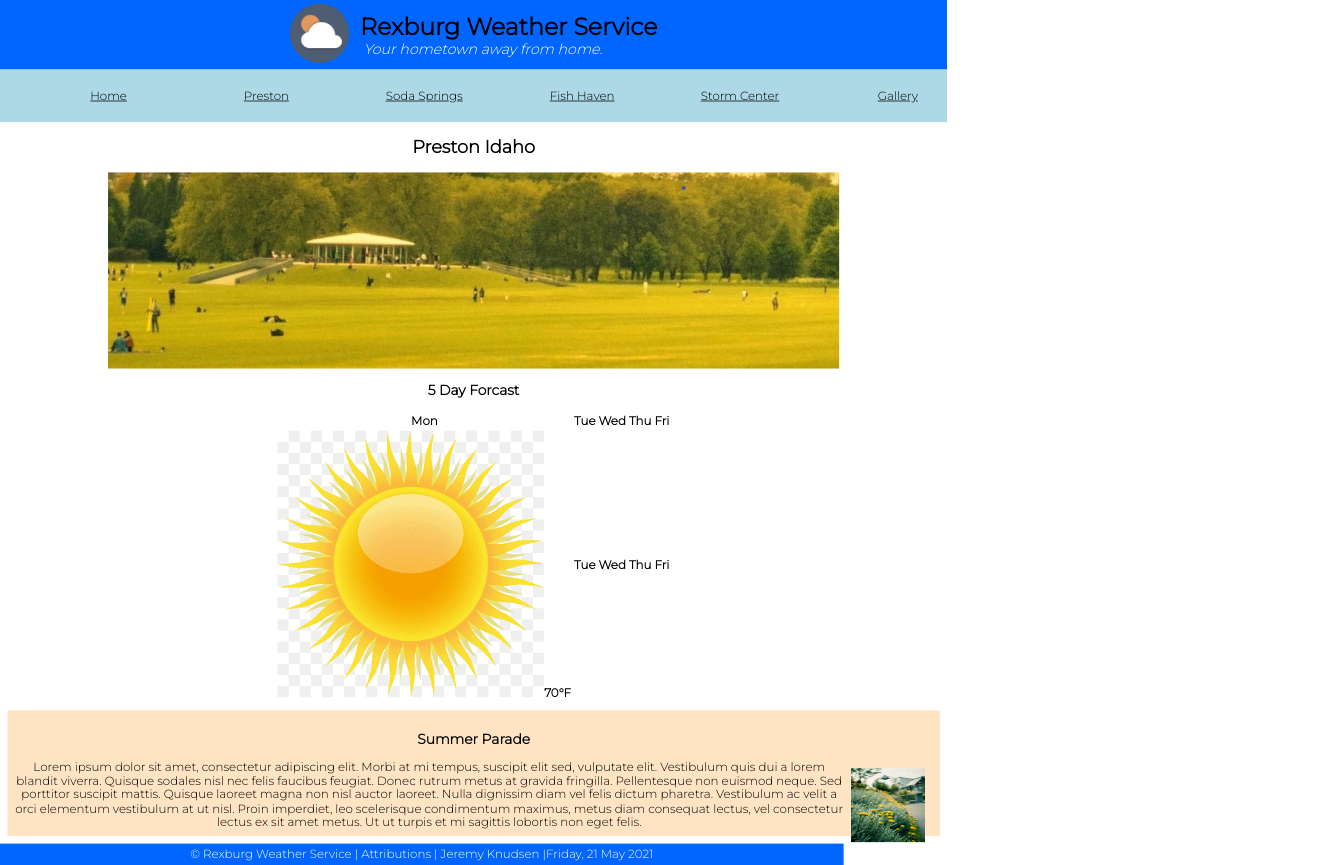
Repository: jknudsen97/jknudsen97.github.io
Page: lesson05/preston-5.html
An editor plug-in stored every save of this project. The page is shown before and after the next save, followed by the edit.
The browser window is 1280 px wide. The page is 1280 px wide, then 1798 px, so the pictures cover 1798 px, including what lies to the right of the window. The pictures show the whole page, at 74% of full size.

Above is the page before, as saved 2021-05-22 02:45:51.

### lesson05/preston-5.html
<!DOCTYPE html>
<html lang="en">
<head>
    <meta charset="UTF-8">
    <meta http-equiv="X-UA-Compatible" content="IE=edge">
    <meta name="viewport" content="width=device-width, initial-scale=1.0">
    <title>Rexburg Weather Service</title>
    <meta name="description" content="This will be the main preston town page"/>
    <link rel="preconnect" href="https://fonts.gstatic.com">
    <link href="https://fonts.googleapis.com/css2?family=Montserrat:wght@100;300&display=swap" rel="stylesheet">
    <link rel="preconnect" href="https://fonts.gstatic.com">
    <link href="https://fonts.googleapis.com/css2?family=Nunito:wght@300&display=swap" rel="stylesheet">
    <script defer src="js/script.js"></script>
    <link rel="stylesheet" href="https://cdnjs.cloudflare.com/ajax/libs/normalize/8.0.1/normalize.min.css">
    <link rel="stylesheet" href="css/main.css"/>
    <link rel="stylesheet" href="css/medium.css"/>
    <link rel="stylesheet" href="css/large.css"/>
</head>
<body>
    <header>
        <picture>
            <img src="images/logo.png" alt="Preston logo">
        </picture>
        <section class="headings">
            <h1>Rexburg Weather Service</h1>
            <div class="motto">Your hometown away from home.</div>
        </section>
    </header>

    <div class="nav">
        <div class="hamburger">
            <span class="bar"></span>
            <span class="bar"></span>
            <span class="bar"></span>
        </div>
        <ul class="menu">
            <li><a href="#home" class="link">Home</a></li>
            <li><a href="#preston" class="link">Preston</a></li>
            <li><a href="#sodaSprings" class="link">Soda Springs</a></li>
            <li><a href="#fishHaven" class="link">Fish Haven</a></li>
            <li><a href="#stormCenter" class="link">Storm Center</a></li>
            <li><a href="#gallery" class="link">Gallery</a></li>
        </ul>
    </div>
    <main>
        <div>
            <h2>Preston Idaho</h2>
                    <img class="stock1" src="images/stock1.jpg" alt="Stock Photo 1">
                    <div class="weather">
                        <h3>5 Day Forcast</h3>
                        <table class="table">
                            <tr>
                                <th>Mon</th>
                                <th>Tue</th>
                                <th>Wed</th>
                                <th>Thu</th>
                                <th>Fri</th>
                            </tr>
                            <tr>
                                <th><img class="sunny" src="images/sunny.png" alt="Sunny Thumbnail">70&#176;F</th>
                                <th>Tue</th>
                                <th>Wed</th>
                                <th>Thu</th>
                                <th>Fri</th>
                            </tr>
                        </table>
                    </div>
                    <div class="background">
                    <h3>Summer Parade</h3>
                    <img class="stock2" src="images/stock2.jpg" alt="Stock Photo 2">
                <div class="fillerText">
                    Lorem ipsum dolor sit amet, consectetur adipiscing elit.
                    Morbi at mi tempus,
                    suscipit elit sed,
                    vulputate elit. Vestibulum quis dui a lorem blandit viverra.
                    Quisque sodales nisl nec felis faucibus feugiat.
                    Donec rutrum metus at gravida fringilla.
                    Pellentesque non euismod neque.
                    Sed porttitor suscipit mattis.
                    Quisque laoreet magna non nisl auctor laoreet.
                    Nulla dignissim diam vel felis dictum pharetra.
                    Vestibulum ac velit a orci elementum vestibulum at ut nisl.
                    Proin imperdiet, leo scelerisque condimentum maximus,
                    metus diam consequat lectus,
                    vel consectetur lectus ex sit amet metus.
                    Ut ut turpis et mi sagittis lobortis non eget felis.
                </div>
            </div>
        </div>
    </main>
    <footer>
        <div>&copy; Rexburg Weather Service | Attributions | Jeremy Knudsen |</div>
        <div>
            <span id="currentDayofWeek"></span>,
            <span id="currentDay"></span> <span id="currentMonth"></span>
            <span id="currentYear"></span>
        </div>
    </footer>
</body>
</html>

### lesson05/css/main.css
header {
    background-color: #0066ff;
    padding: 5px;
    display: flex;
    align-items: center;
    justify-content: center;
}

header img{
    width: 50px;
    height: auto;
}

body{
    font-family: 'Montserrat', sans-serif;
}

main{
    text-align: center;
}

p{
    justify-content: center;
    background-color: beige;
    padding: 25px;
    margin: 20px;
}

.headings {
    display: flex;
    flex-direction: column;
}

.headings h1{
    font-size: 1em;
    margin: 0 0 0 15px;
}

.motto{
    font-style: italic;
    color: white;
    margin-left: 20px;
    font-size: 1.2rem;
}

.nav{
    overflow: hidden;
    background-color: lightblue;
    position: relative;
}

.menu{
    overflow: hidden;
    display: none;
}

.menu li{
    list-style: none;
    text-decoration: none;
    flex: 1;
    text-align: center;
    justify-content: center;
    box-sizing: border-box;
    line-height: 1.5rem;
}

.menu a{
    color: black;
    justify-content: space-between;
    text-align: center;
    list-style-type: none;
    flex-direction: row;
    align-items: center;
    display: block;
}

.menu.active{
    display: block;
    padding-inline-start: 0px;
}

a.link{
    padding: 7.5px;
}

.nav a.icon{
    background: black;
    display: block;
    position: absolute;
    right: 0;
    top: 0;
}

.hamburger{
    display: none;
}

.bar{
    display: block;
    width: 25px;
    height: 3px;
    margin: 5px auto;
    -webkit-transition: all 0.3s ease-in-out;
    transition: all 0.3s ease-in-out;
    background-color: black;
}

footer {
    margin: 10 px;
    color: white;
    background-color: #0066ff;
    padding: 5px;
    display: flex;
    align-items: center;
    justify-content: center;
    flex-direction: column;
}

.hamburger{
    display: block;
    cursor: pointer;
}

.hamburger.active .bar:nth-child(2) {
    opacity: 0;
}

.hamburger.active .bar:nth-child(1) {
    transform: translateY(8px) rotate(45deg);
}

.hamburger.active .bar:nth-child(3) {
    transform: translateY(-8px) rotate(-45deg);
}

.headings h1{
    font-size: 3rem;
}

.header img{
    width: 120px;
    height: auto;
}

/*Lesson05*/

.stock1{
    display: block;
    align-items: center;
    margin-left: auto;
    margin-right: auto;
    max-width: 95%;
    height: auto;
}

.stock2{
    margin: 10px;
    float: right;
    width: 100px;
    height: 100px;
}

.fillertext{
    padding: 15px;
    margin: 10px;
    text-align: justify;
}

.background{
    justify-content: center;
    display: block;
    background-color: bisque;
    padding: 10px;
    margin: 10px;
}

.weather{
    display: none;
}

### lesson05/css/medium.css
@media only screen and (min-width: 32.5em){
    .menu{
        display: flex;
    }

    header img{
        width: 80px;
        height: auto;
    }

    .headings h1{
        font-size: 2rem;
    }

    .hamburger{
        display: none;
    }

    footer{
        flex-direction: row;
    }

    /*Lesson05*/

    .stock1{
        height: 10%;
    }

    .weather{
        display: contents;
    }

    .table{
        margin-left: auto;
        margin-right: auto;
    }
}

### lesson05/css/large.css
@media only screen and (min-width: 60em){
    .menu{
        display: flex;
        top: 5rem;
        border-radius: 10px;
        justify-content: space-between;
        width: 100%;
        transition: 0.3s;
    }
}

### lesson05/js/script.js
const hamburger = document.querySelector(".hamburger");
const menu = document.querySelector(".menu");
hamburger.addEventListener("click", mobileMenu);

function mobileMenu() {
    hamburger.classList.toggle("active");
    menu.classList.toggle("active");
}

const link = document.querySelectorAll(".link");
link.forEach(n => n.addEventListener("click", closeMenu));

function closeMenu(){
    hamburger.classList.remove("active");
    menu.classList.remove("active");
}

var d = new Date();
var weekday = new Array(7);
weekday[0] = "Sunday";
weekday[1] = "Monday";
weekday[2] = "Tuesday";
weekday[3] = "Wednesday";
weekday[4] = "Thursday";
weekday[5] = "Friday";
weekday[6] = "Saturday";

var n = weekday[d.getDay()];
document.querySelector("#currentDayofWeek").innerHTML = n;

var n = d.getDate();
document.querySelector("#currentDay").innerHTML = n;

var month = new Array();
month[0] = "January";
month[1] = "February";
month[2] = "March";
month[3] = "April";
month[4] = "May";
month[5] = "June";
month[6] = "July";
month[7] = "August";
month[8] = "September";
month[9] = "October";
month[10] = "November";
month[11] = "December";

var n = month[d.getMonth()];
document.querySelector("#currentMonth").innerHTML = n;

var n = d.getFullYear();
document.querySelector("#currentYear").innerHTML = n;

After the next save:
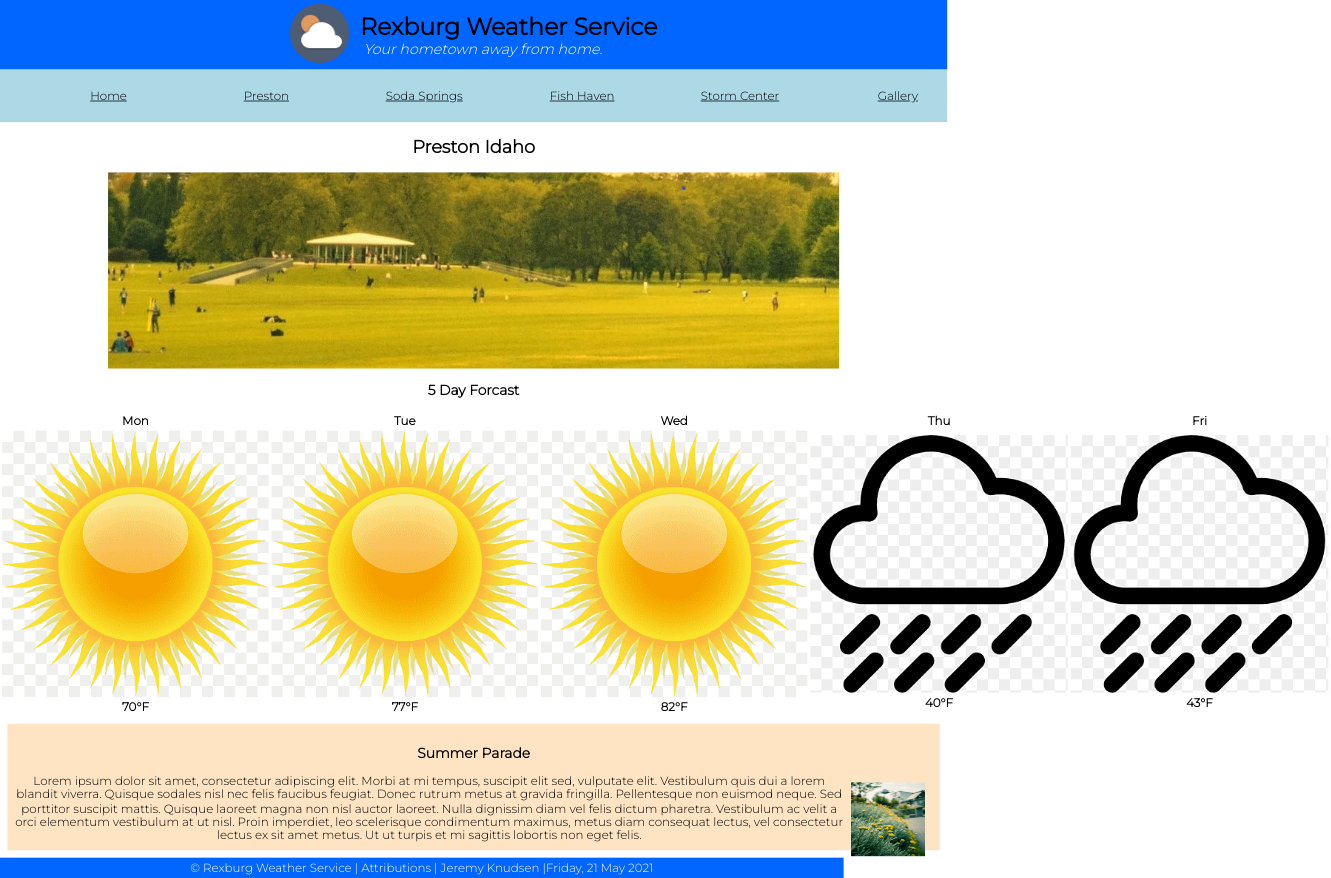
Saved 115 s later.
--- a/lesson05/preston-5.html
+++ b/lesson05/preston-5.html
@@ -58,10 +58,10 @@
                             </tr>
                             <tr>
                                 <th><img class="sunny" src="images/sunny.png" alt="Sunny Thumbnail">70&#176;F</th>
-                                <th>Tue</th>
-                                <th>Wed</th>
-                                <th>Thu</th>
-                                <th>Fri</th>
+                                <th><img class="sunny" src="images/sunny.png" alt="Sunny Thumbnail">77&#176;F</th>
+                                <th><img class="sunny" src="images/sunny.png" alt="Sunny Thumbnail">82&#176;F</th>
+                                <th><img class="rainy" src="images/rainy.png" alt="Sunny Thumbnail">40&#176;F</th>
+                                <th><img class="rainy" src="images/rainy.png" alt="Sunny Thumbnail">43&#176;F</th>
                             </tr>
                         </table>
                     </div>
